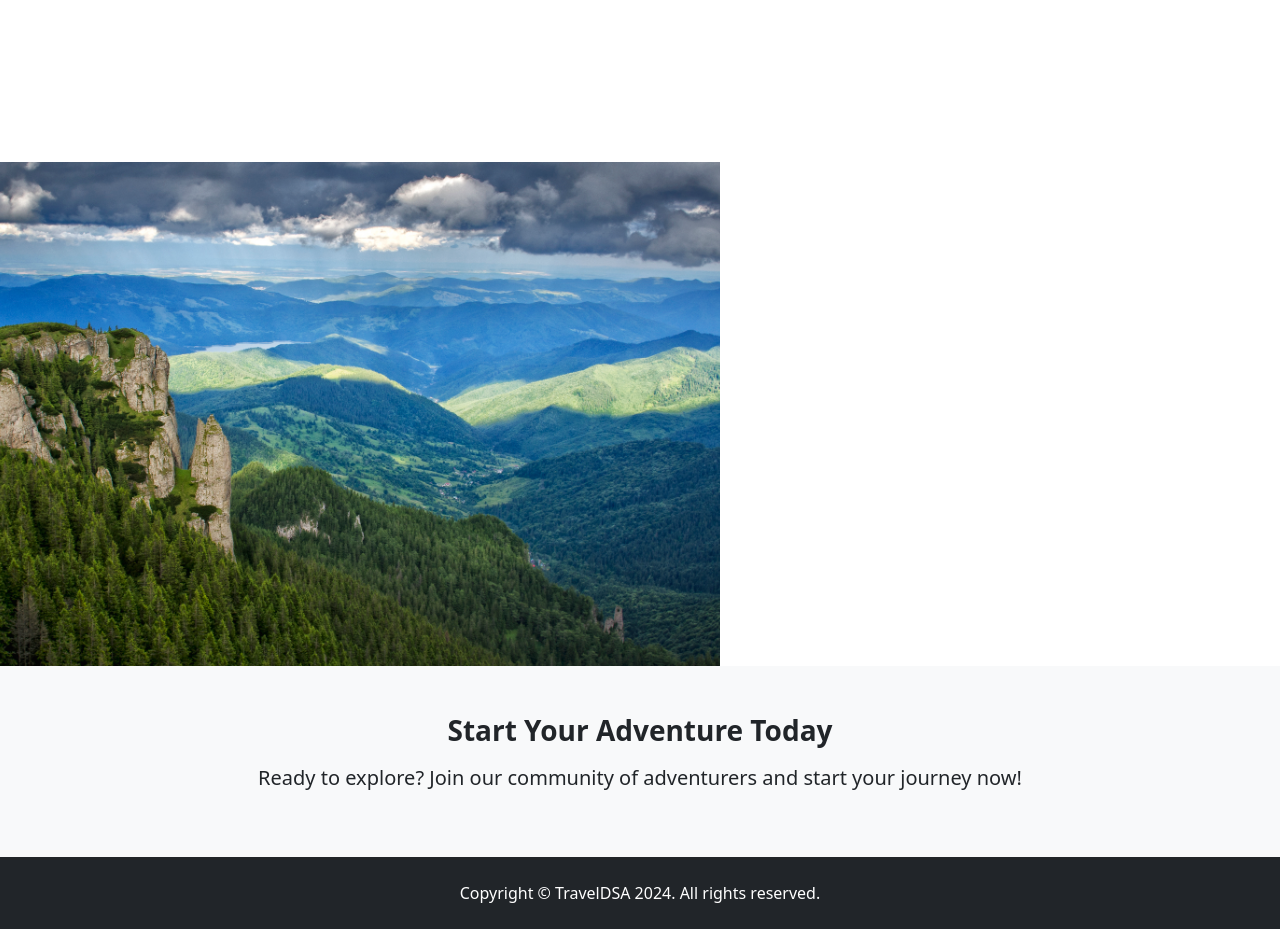
Repository: bettowww/TravelDSA
Page: /home
The author's editor kept a copy of each file at every save. The page is drawn from the files as they stood at one save, then again after the next save.
The browser window is 1280 px wide. The pictures show the whole page.
The project was rebuilt for these pictures with package versions that can differ from the ones it lists, and the page was loaded fresh each time. The framework's server and built-in components were replaced by stand-ins that run in the browser. Also part of the build but not shown: next.config.mjs.

Above is the page before, as saved 2024-12-10 14:11:56.

### app/home/page.jsx
"use client";

// import React, { useState } from "react";
// import { useRouter } from "next/navigation";

import "../../styles/home.css"; // Importă stilurile CSS
import "bootstrap/dist/css/bootstrap.min.css"; // Import Bootstrap CSS

const HomePage = () => {
  // const router = useRouter(); // Pentru navigare

  return (
    <div>
      {/* Header Section */}
      <header>
        <div className="text-center my-5">
          <h1 className="text-white fs-3 fw-bolder">
            Welcome to TravelDSA
          </h1>
          <p className="text-white-50 mb-0">
            Your trusted travel companion for exploring the world.
          </p>
        </div>
      </header>

      {/*Picture section */}
      <section
        style={{
          backgroundImage: `url("/pictures/homepage.jpg")`,
          backgroundSize: "cover",
          backgroundPosition: "center",
          backgroundRepeat: "no-repeat",
          minHeight: "70vh", // Ensure the section spans at least the full height of the viewport
          maxWidth: "100vh"
        }}
      >
      </section>


      {/* Call to Action Section */}
      <section className="py-5 bg-light">
        <div className="container text-center">
          <h3 className="fw-bold mb-3">Start Your Adventure Today</h3>
          <p className="lead">
            Ready to explore? Join our community of adventurers and start your
            journey now!
          </p>
        </div>
      </section>

      {/* Footer */}
      <footer className="py-4 bg-dark">
        <div className="container">
          <p className="m-0 text-center text-white">
            Copyright &copy; TravelDSA 2024. All rights reserved.
          </p>
        </div>
      </footer>
    </div>
  );
};

export default HomePage;

Loaded but not shown: styles/home.css (library)

After the next save:
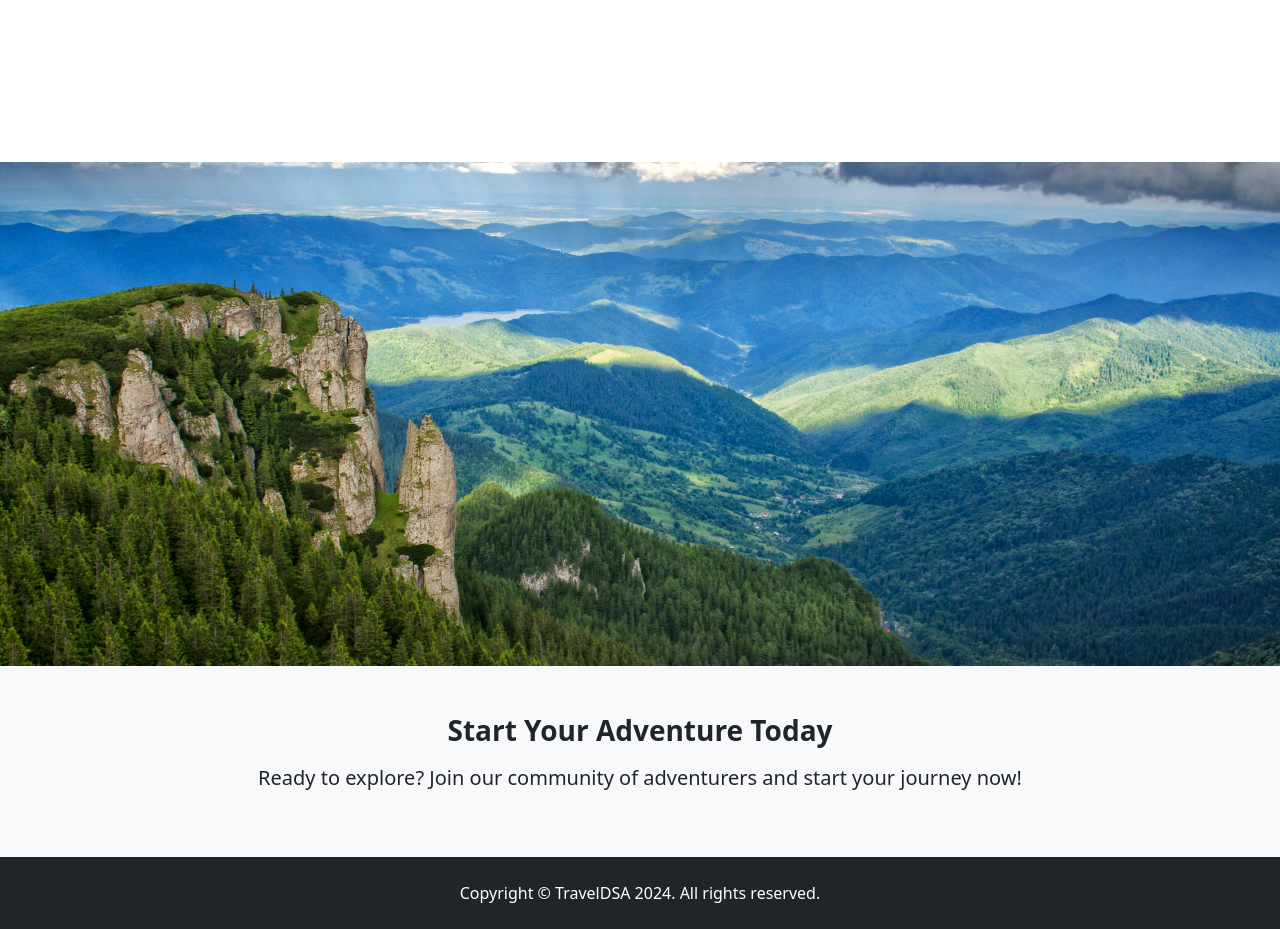
Saved 7 s later.
--- a/app/home/page.jsx
+++ b/app/home/page.jsx
@@ -31,7 +31,6 @@ const HomePage = () => {
           backgroundPosition: "center",
           backgroundRepeat: "no-repeat",
           minHeight: "70vh", // Ensure the section spans at least the full height of the viewport
-          maxWidth: "100vh"
         }}
       >
       </section>
